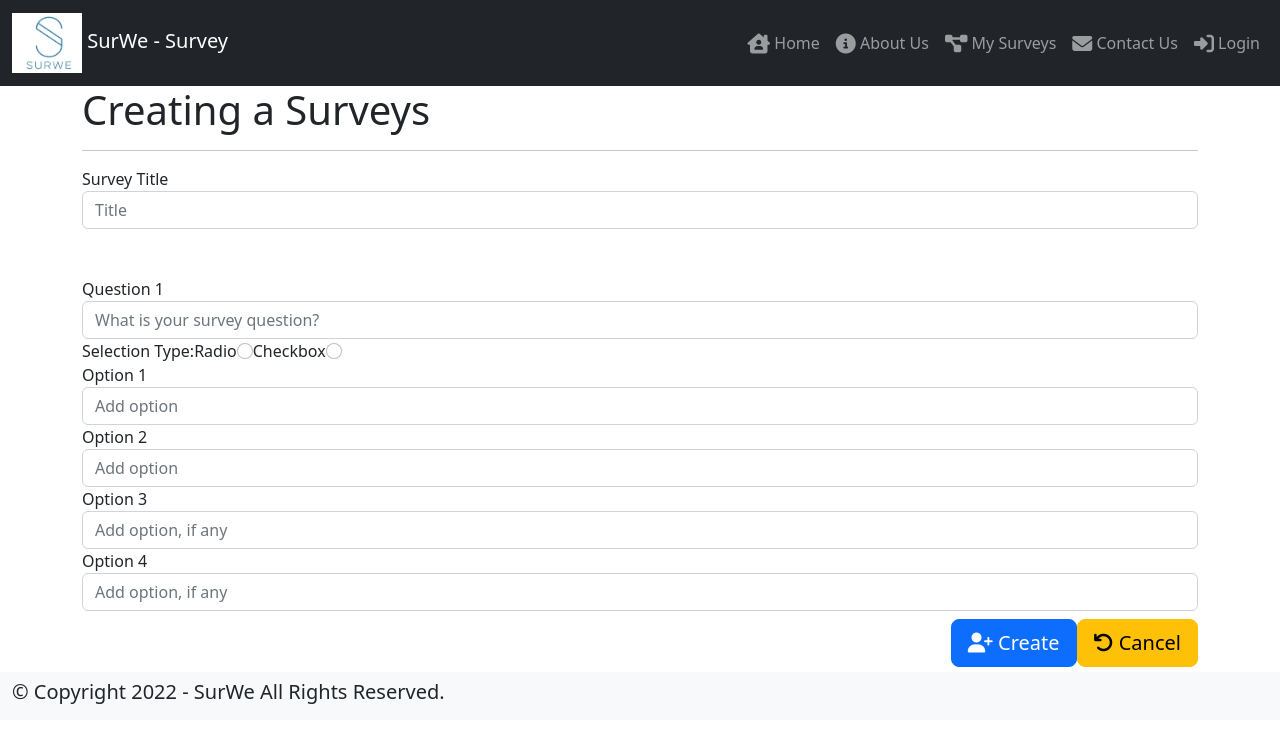
Repository: ryanchandata/comp229-m2022-group6-frontend
Page: /add
The author's editor kept a copy of each file at every save. The page is drawn from the files as they stood at one save, then again after the next save.
The browser window is 1280 px wide. The pictures show the whole page.
The project was rebuilt for these pictures with package versions that can differ from the ones it lists, and the page was loaded fresh each time. Also part of the build but not shown: src/content/home.tsx, src/content/about.tsx, src/content/contact.tsx, src/survey-list/landing.tsx, src/survey-list/edit.tsx, src/content/PageNotFound.tsx, src/authentication/login.tsx, src/authentication/logout.tsx and 1 more.

Above is the page before, as saved 2022-07-29 17:02:35.

After the next save:
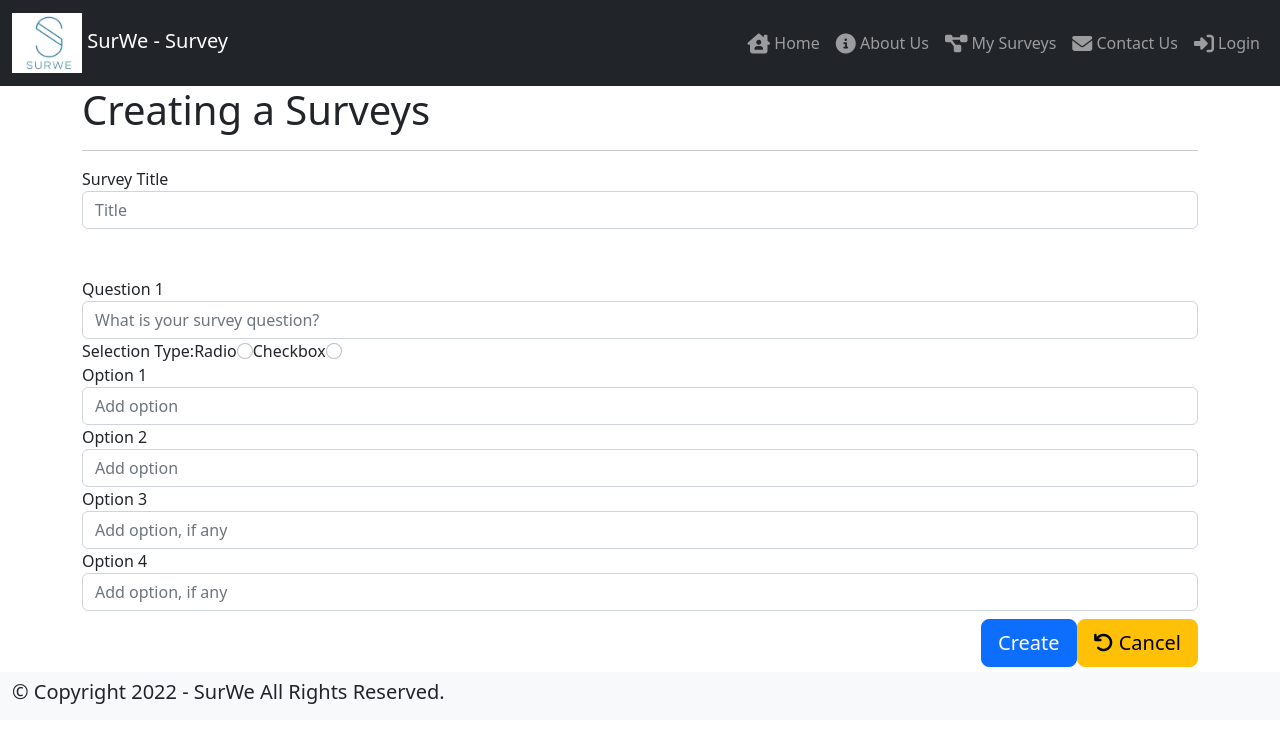
Saved 17 s later.
--- a/src/survey-list/add.tsx
+++ b/src/survey-list/add.tsx
@@ -34,8 +34,7 @@ function Add()
                     <input type="text" className="form-control" placeholder="Add option, if any" id="options4" name="options4" value="" ></input>
                 </div>
                 <div className="text-end mt-2">
-                        <button id="submitButton" type="submit" className="btn btn-primary btn-lg">
-                            <i className="fas fa-user-plus"></i> Create</button>
+                        <button id="submitButton" type="submit" className="btn btn-primary btn-lg"> Create</button>
                         <Link to= {"/home"} className="link"><button id="cancelButton" type="reset" className="btn btn-warning btn-lg">
                             <i className="fas fa-undo"></i> Cancel</button></Link>
                         </div>
